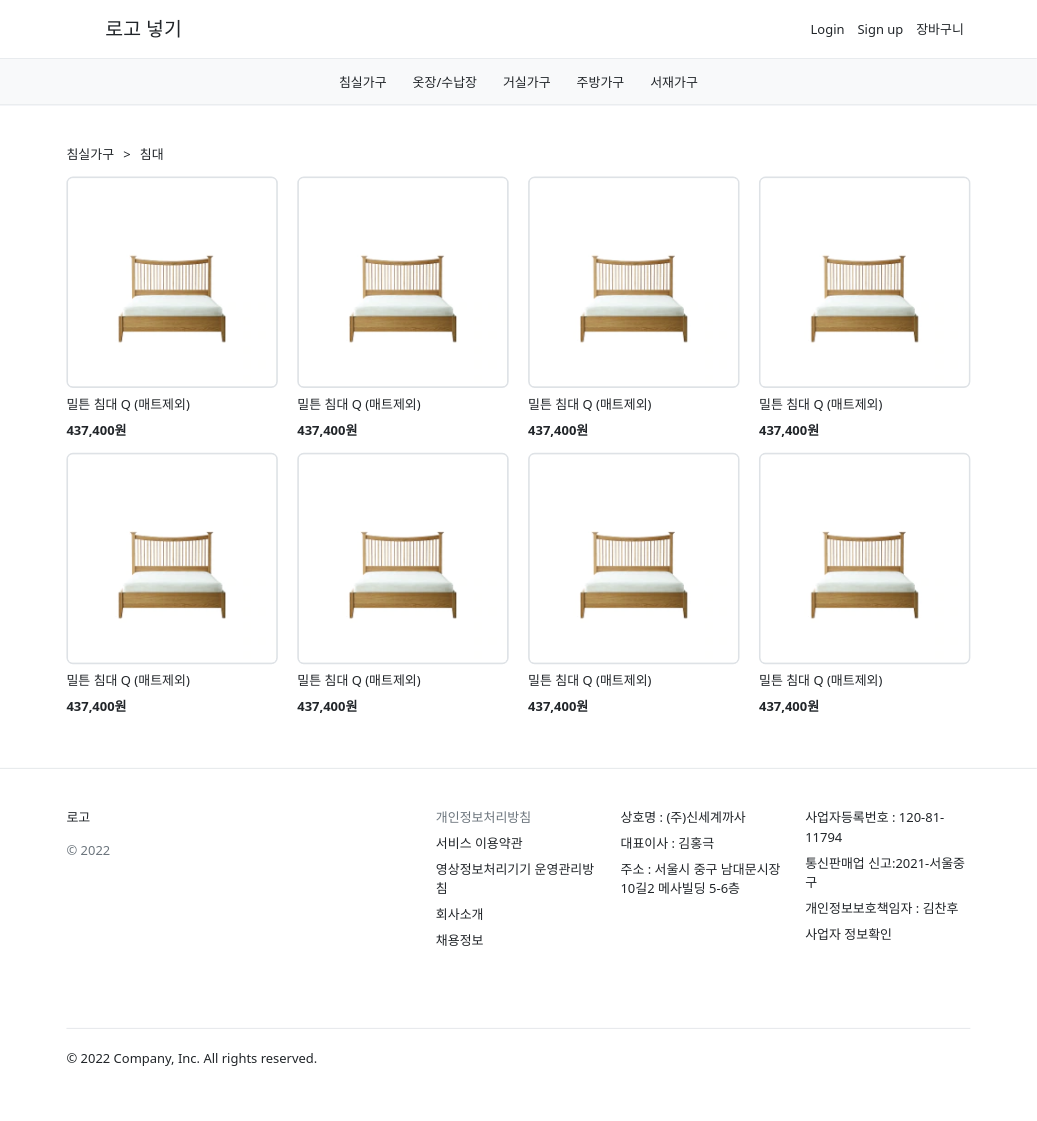
Repository: raoniee/Elice-House-Project
Page: FE/views/pages/main/item-list-page.html
The author's editor kept a copy of each file at every save. The page is drawn from the files as they stood at one save, then again after the next save.
The browser window is 1280 px wide. The pictures show the whole page, at 81% of full size.

Above is the page before, as saved 2023-07-06 14:43:38.

After the next save:
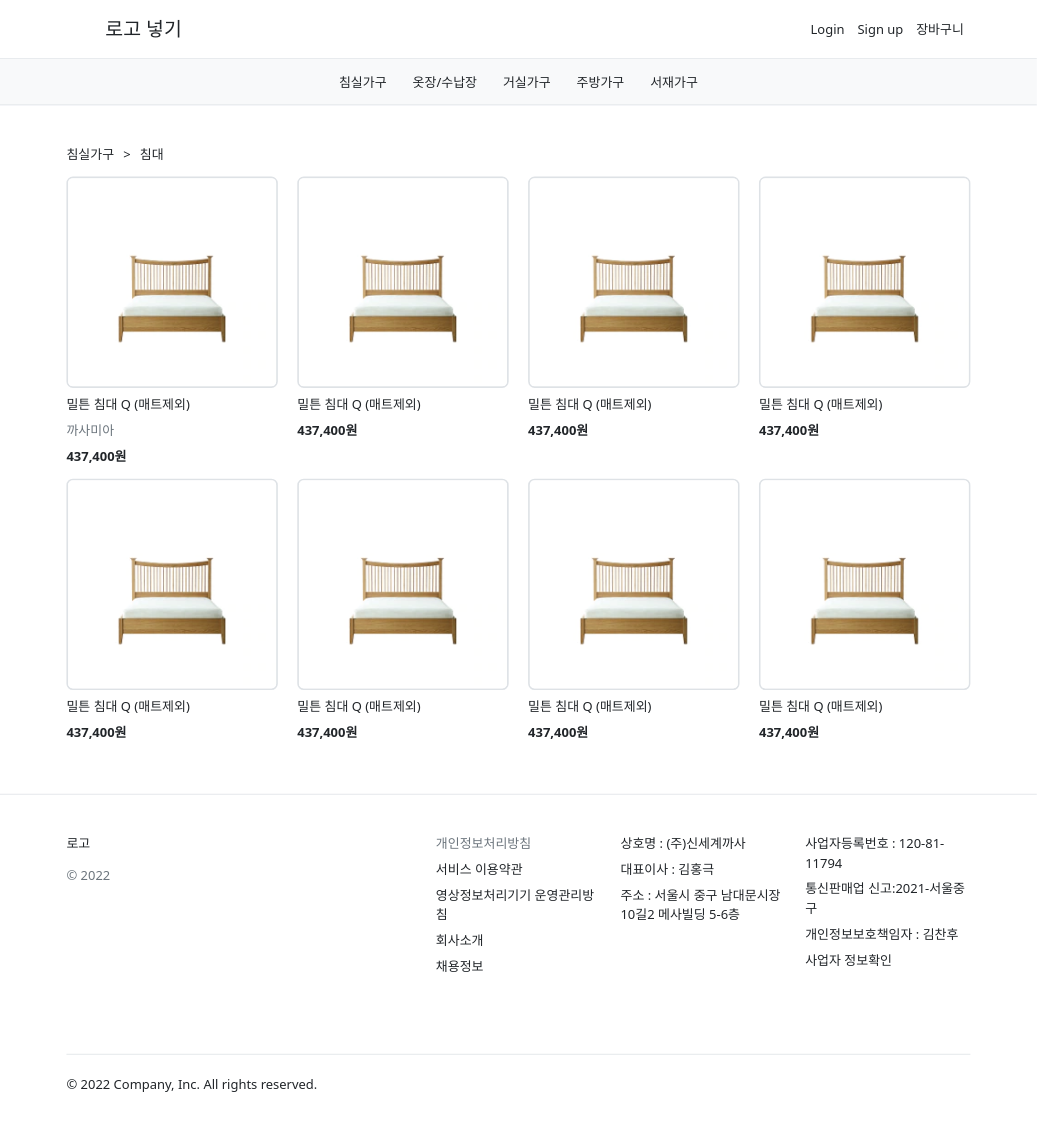
Saved 3 min 58 s later.
--- a/FE/views/pages/main/item-list-page.html
+++ b/FE/views/pages/main/item-list-page.html
@@ -58,6 +58,7 @@
                   alt="가구"
                 />
                 <span class="item_list_name mb-2">밀튼 침대 Q (매트제외)</span>
+                <p class="item_list_brand mb-2 text-muted">까사미아</p>
                 <p class="item_list_price mb-3 fw-bold">437,400원</p>
               </div>
             </div>
